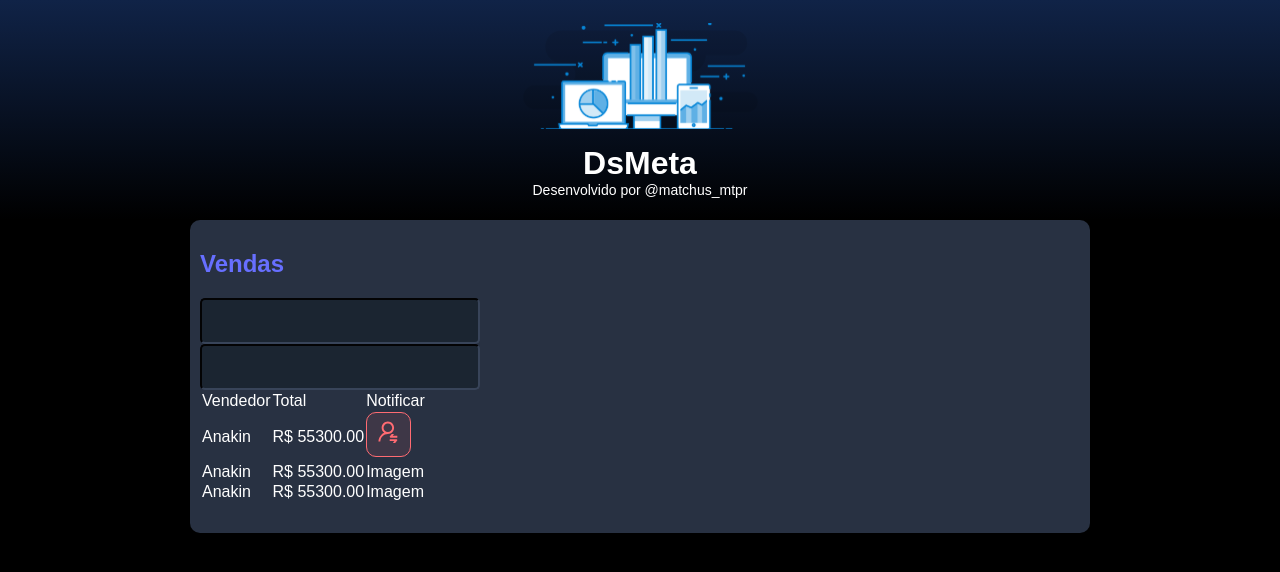
Repository: MatheusAlvesPereiraRosa/ds-meta
Page: index.html
These files come from the project's save history. The page is drawn as it stood at one moment and after the next save; the edit follows.
The browser window is 1280 px wide. The pictures show the whole page.

Above is the page before, as saved 2022-09-01 11:55:42.

### index.html
<!DOCTYPE html>
<html lang="en">
  <head>
    <meta charset="UTF-8" />
    <meta http-equiv="X-UA-Compatible" content="IE=edge" />
    <meta name="viewport" content="width=device-width, initial-scale=1.0" />
    <title>Document</title>

    <link rel="stylesheet" href="styles.css" />
  </head>

  <body>
    <header>
      <div class="dsmeta-logo-container">
        <img src="logo.svg" alt="Logo" />
        <h1>DsMeta</h1>
        <p>
          Desenvolvido por
          <a href="https://www.instagram.com/matchus_mtpr">@matchus_mtpr</a>
        </p>
      </div>
    </header>

    <main>
      <section id="sales">
        <div class="dsmeta-container">
          <div class="dsmeta-card">
            <h2 class="dsmeta-sales-title">Vendas</h2>
            <div>
              <div>
                <input class="dsmeta-form-control" type="text" />
              </div>
              <div>
                <input class="dsmeta-form-control" type="text" />
              </div>
            </div>

            <div>
              <table>
                <thead>
                  <tr>
                    <td>Vendedor</td>
                    <td>Total</td>
                    <td>Notificar</td>
                  </tr>
                </thead>
                <tbody>
                  <tr>
                    <td>Anakin</td>
                    <td>R$ 55300.00</td>
                    <td><img src="icon.svg" alt="Notificar" /></td>
                  </tr>
                  <tr>
                    <td>Anakin</td>
                    <td>R$ 55300.00</td>
                    <td>Imagem</td>
                  </tr>
                  <tr>
                    <td>Anakin</td>
                    <td>R$ 55300.00</td>
                    <td>Imagem</td>
                  </tr>
                </tbody>
              </table>
            </div>
          </div>
        </div>
      </section>
    </main>
  </body>
</html>

### styles.css
@import url('https://fonts.googleapis.com/css2?family=Roboto:wght@300&display=swap');

* {
    font-family: 'Rotobto', sans-serif;
    box-sizing: border-box;
    margin: 0;
    padding: 0;
}

header {
    background: linear-gradient(180deg, #102347 0%, transparent);
    height: 220px;
    display: flex;
    align-items: center;
    justify-content: center;
}

body, html {
    background-color: black;
    color: #fff;
}

a, a:hover, a:visited {
    color: unset;
    text-decoration: none;
}

.dsmeta-logo-container {
    display: flex;
    flex-direction: column;
    align-items: center;
}

.dsmeta-logo-container img{
    width: 235px;
}

.dsmeta-logo-container h1{
    margin-top: 15px;
}

.dsmeta-logo-container p{
    font-size: 14px;
    font-weight: 300;
}

.dsmeta-card {
    background-color: #283142;
    border-radius: 10px;
    padding: 30px 10px;
}

.dsmeta-container {
    width: 100%;
    max-width: 900px;
    margin: 0 auto;
}

#id {
    padding: 40px 10px;
}

.dsmeta-sales-title {
    color: #676FFF;
    font-size: 24px;
    margin-bottom: 20px;
}

.dsmeta-form-control {
    height: 46px;
    background-color: #1B2531;
    width: 280px;
    border-radius: 5px;
    border-color: #384459;
}

After the next save:
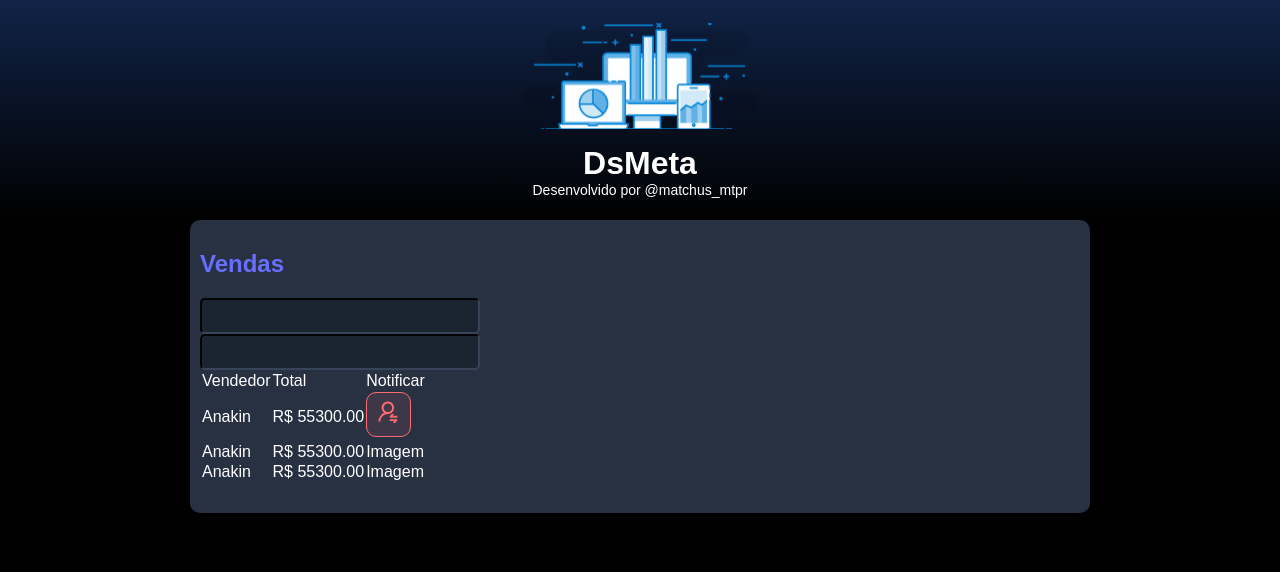
Saved 24 s later.
--- a/styles.css
+++ b/styles.css
@@ -67,7 +67,7 @@ a, a:hover, a:visited {
 }
 
 .dsmeta-form-control {
-    height: 46px;
+    height: 36px;
     background-color: #1B2531;
     width: 280px;
     border-radius: 5px;
